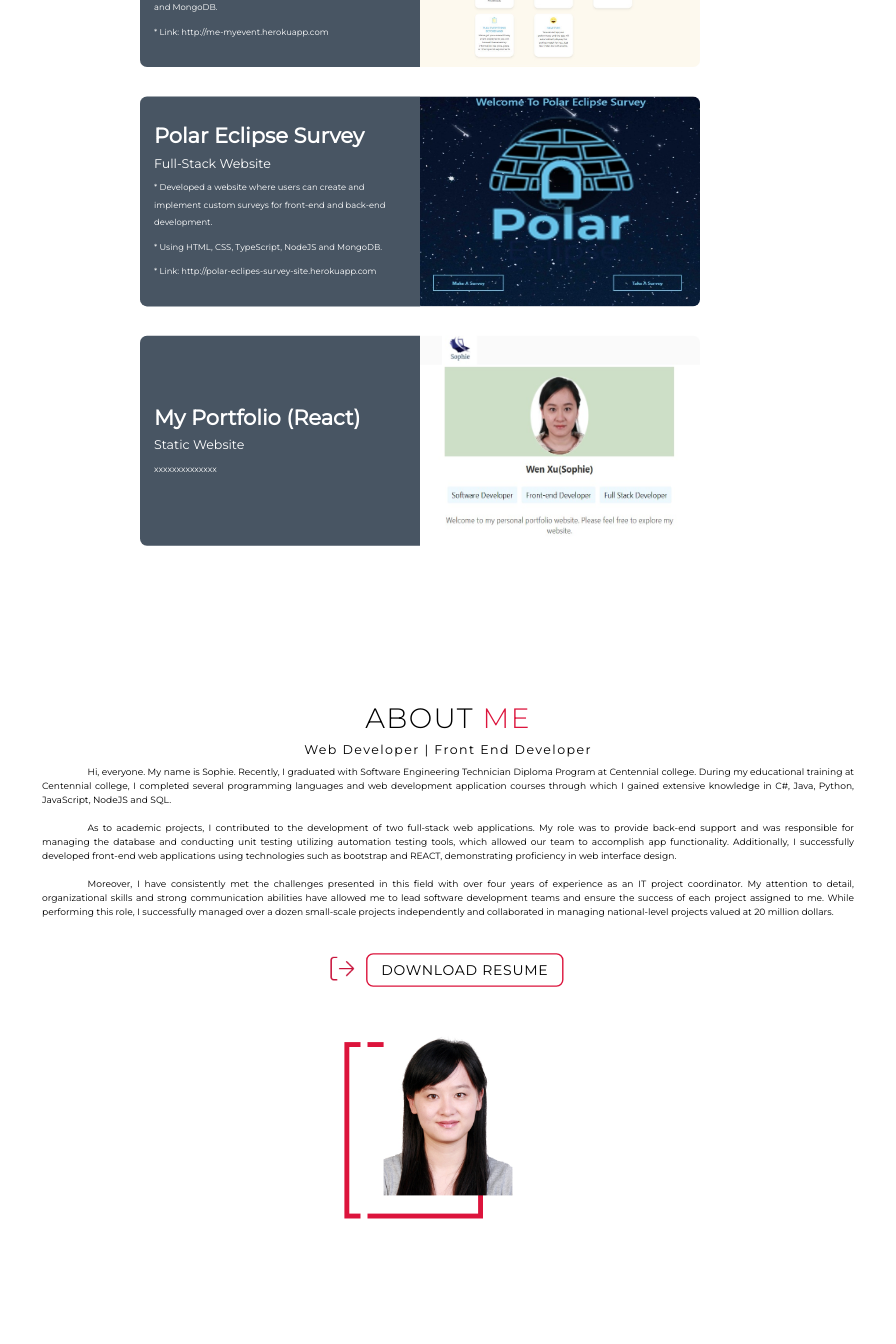
Repository: wenxi0504/StaticWebsite_Profolio
Page: index.html
These files come from the project's save history. The page is drawn as it stood at one moment and after the next save; the edit follows.
The browser window is 1280 px wide. The pictures show the part of the page from y = 1144 to 3064 px (the page is 3064 px tall), at 70% of full size.

Above is the page before, as saved 2022-03-04 23:13:02.

After the next save:
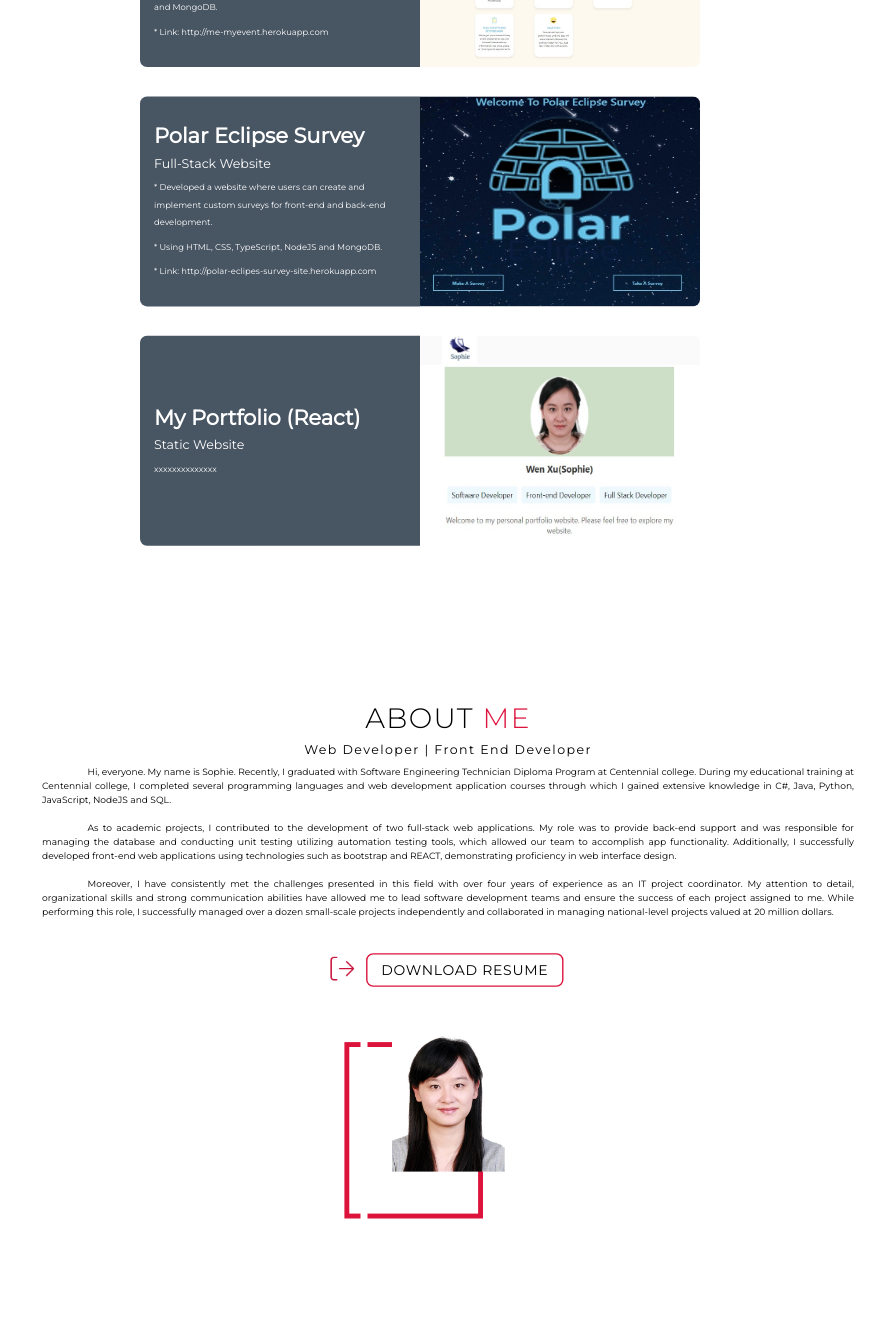
Saved 38 s later.
--- a/style.css
+++ b/style.css
@@ -309,8 +309,8 @@
   border:10px solid white;
 }
 #about .col-left .about-img img{
-  height: 70%;
-  width: 80%;
+  height: 60%;
+  width: 70%;
 }
 
 #about .col-left .about-img::after{

After the save that followed:
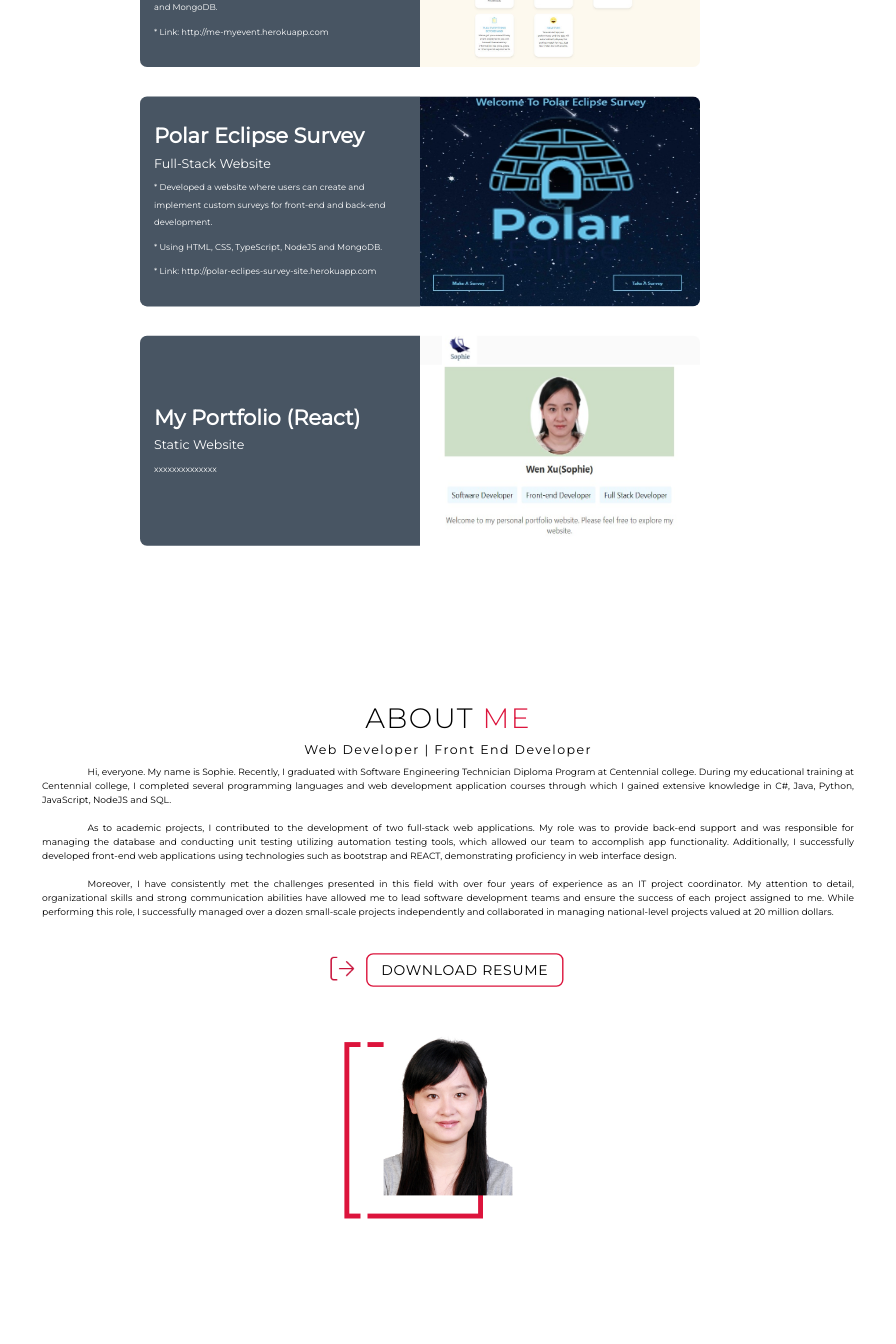
Saved 11 s later.
--- a/style.css
+++ b/style.css
@@ -309,8 +309,8 @@
   border:10px solid white;
 }
 #about .col-left .about-img img{
-  height: 60%;
-  width: 70%;
+  height: 70%;
+  width: 80%;
 }
 
 #about .col-left .about-img::after{
